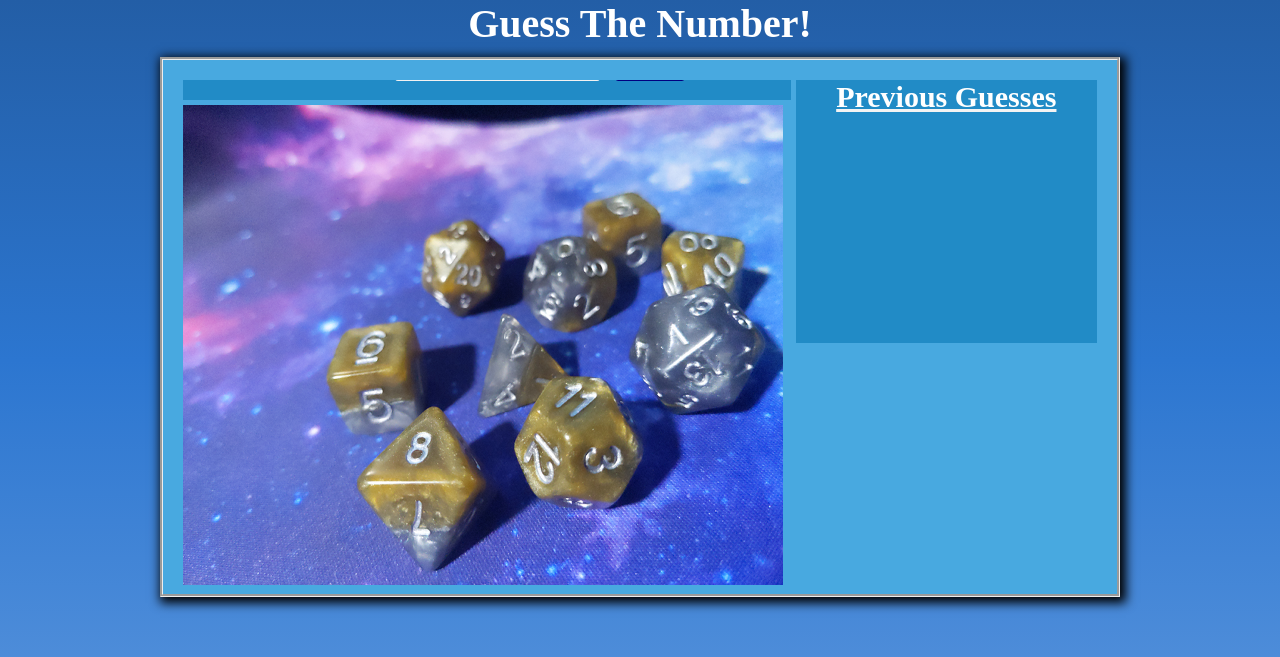
Repository: mlmEFSC21/P15-Modified-Guessing-Game
Page: guess.html
An editor plug-in stored every save of this project. The page is shown before and after the next save, followed by the edit.
The browser window is 1280 px wide. The pictures show the whole page.

Above is the page before, as saved 2022-03-23 18:30:19.

### guess.html
<!DOCTYPE html>
<html lang="en">
    <head>
        <meta charset="UTF-8" />
        <meta http-equiv="X-UA-Compatible" content="IE=edge" />
        <meta name="viewport" content="width=device-width, initial-scale=1.0" />
        <link rel="stylesheet" href="guess.css" />
        <script src="guess.js" defer></script>
        <title>Guessing Game</title>
    </head>
    <body>
        <header>
            <h1 class="pageTitle">Guess The Number!</h1>
        </header>
        <section>
            <div class="gameContainer" id="container">
                <div class="results" id="results">
                    <form action="" class="inputForm">
                        <label for="guessInput">Pick a number 1 - 1000</label>
                        <input
                            type="text"
                            required
                            name="guessInput"
                            class="guessInput"
                            id="guessInput"
                        />
                        <input type="button" class="submitBtn" id="submitBtn" value="Submit" />
                        <label for="resetBtn">Click to completely reset and play again!</label>
                        <button type="reset" class="resetBtn" id="resetBtn" name="Reset">
                            Reset
                        </button>
                    </form>
                </div>
                <img
                    src="images\goldSilverDice.png"
                    alt="Gold and silver colored dice. From 4 sides up to 20 sides"
                />
                <div class="guessesContainer" id="guessesContainer">
                    <h2>Previous Guesses</h2>
                    <ul class="guesses" id="guessList"></ul>
                </div>
            </div>
        </section>
    </body>
</html>

### guess.css
:root {
    --clr-primary: #218bc6;
    --clr-secondary: #48a9e0;
    --clr-tertiary: #235ea6;
}

*,
*::after,
*::before {
    box-sizing: border-box;
    margin: 0;
    padding: 0;
}
body {
    background-image: linear-gradient(var(--clr-tertiary), #2c76d0, #5491db);
    height: 100vh;
    background-position: center;
    background-repeat: no-repeat;
    background-size: cover;
    color: white;
    font-size: 20px;
}
.pageTitle {
    text-align: center;
}
.gameContainer {
    background-color: var(--clr-secondary);
    display: grid;
    max-width: 960px;
    height: 75vh;
    margin: 10px auto;
    padding: 20px;
    grid-template-columns: repeat(3, 1fr);
    grid-template-rows: repeat(4, 1fr);
    gap: 5px;
    align-items: center;
    justify-content: center;
    border: groove;
    box-shadow: 3px 3px 10px 3px black;
}
.results {
    background-color: var(--clr-primary);
    display: flex;
    flex-direction: column-reverse;
    margin: 10px auto;
    padding: 0 25px;
    grid-column: 1 / 3;
    grid-row: 1 / 3;
    height: 100%;
    justify-content: center;
    align-items: center;
    text-align: center;
    overflow: hidden;
}
input,
button {
    margin: 10px 0;
}
.inputForm {
    display: flex;
    flex-wrap: wrap;
}
label {
    margin-right: 15px;
    margin: 10px 0;
}
input {
    border: none;
    -webkit-appearance: none;
    -ms-appearance: none;
    -moz-appearance: none;
    appearance: none;
    background: #f2f2f2;
    padding: 12px;
    border-radius: 3px;
    outline: none;
    font-size: 14px;
}
img {
    width: 600px;
    height: 480px;
    grid-column: 1 / 3;
    grid-row: 3 / 5;
}
button {
    border: solid 1px white;
    margin-bottom: 10px;
    padding: 12px;
    border-radius: 3px;
    width: 125px;
    height: 40px;
    outline: none;
    font-size: 14px;
}
h2 {
    text-decoration: underline;
    text-decoration-color: #f3f3f3;
}
.submitBtn {
    background: var(--clr-secondary);
    border: solid 0.5px navy;
    margin-left: 15px;
}
.submitBtn:hover {
    background: #44b3db;
}
.resetBtn {
    background: darkred;
    color: white;
}
.resetBtn:hover {
    background: red;
}
.guessesContainer {
    background-color: var(--clr-primary);
    display: flex;
    flex-direction: column;
    flex-grow: 2;
    height: 100%;
    grid-row: 1 / 4;
    align-items: center;
    overflow: hidden;
}
/* the h3 that is appended by the js. It was hugging the container too much. */
h3 {
    margin: 10px;
    text-align: center;
}
.hint {
    font-style: italic;
    text-decoration: underline;
}

### guess.js
let randomNumber = Math.floor(Math.random() * 1000 + 1);
let guesses = [];

const guessInput = document.getElementById("guessInput");
const resultsDiv = document.getElementById("results");
const submitButton = document.getElementById("submitBtn");
const resetButton = document.getElementById("resetBtn");
const p = document.createElement("p");
const ul = document.getElementById("guessList");
const li = document.createElement("li");
const guessesContainer = document.getElementById("guessesContainer");
const winningMessage = document.createElement("h3");
const hint = document.createElement("h3");

//checks to see if the guess is higher, lower, or equal to
function checkGuess() {
    const currentGuess = Number(guessInput.value);
    if (currentGuess == randomNumber) {
        guesses.push(currentGuess);
        p.innerText = "Congratulations! You guessed the number!";
        resultsDiv.append(p);
        countGuesses();
    }
    if (currentGuess < randomNumber) {
        guesses.push(currentGuess);
        p.innerText = "Too low. Try again!";
        resultsDiv.append(p);
        trackGuesses();
    }
    if (currentGuess > randomNumber) {
        guesses.push(currentGuess);
        p.innerText = "Too high. Try again!";
        resultsDiv.append(p);
        trackGuesses();
    }
}
//tracks previous guess in a <ul>. Removes <li> and populates from guesses[] each time.
function trackGuesses() {
    while (ul.hasChildNodes()) {
        ul.removeChild(ul.firstChild);
    }
    for (i = 0; i <= guesses.length - 1; i++) {
        let li = document.createElement("li");
        li.innerText = guesses[i];
        ul.appendChild(li);
    }
}

//counts how many guesses. Uses array length.
function countGuesses() {
    let numOfGuesses = guesses.length;
    if (numOfGuesses < 10) {
        winningMessage.innerText = `${numOfGuesses} guesses?! Either you know the secret or you got lucky!`;
        guessesContainer.append(winningMessage);
    } else if (numOfGuesses == 10) {
        winningMessage.innerText = `${numOfGuesses} guesses. Ahah! You know the secret!`;
        guessesContainer.append(winningMessage);
    } else if (numOfGuesses > 10) {
        winningMessage.innerText = `Yikes! ${numOfGuesses} guesses... You should be able to do better!`;
        hint.innerHTML = '*Hint* Knowing the trick is <span class="hint">half</span> the battle.';
        guessesContainer.append(winningMessage);
        guessesContainer.append(hint);
    }
}
// creates a new random number for replay
function newRNG() {
    randomNumber = Math.floor(Math.random() * 10 + 1);
}
//resets the game completely.
function resetGame() {
    p.innerText = "";
    resultsDiv.append(p);
    while (ul.hasChildNodes()) {
        ul.removeChild(ul.firstChild);
    }
    winningMessage.remove();
    guesses = [];
    newRNG();
    //logging random number for debugging.
    console.log(randomNumber);
}

submitButton.addEventListener("click", checkGuess);
resetButton.addEventListener("click", resetGame);
//logging random number for debugging.
console.log(randomNumber);

After the next save:
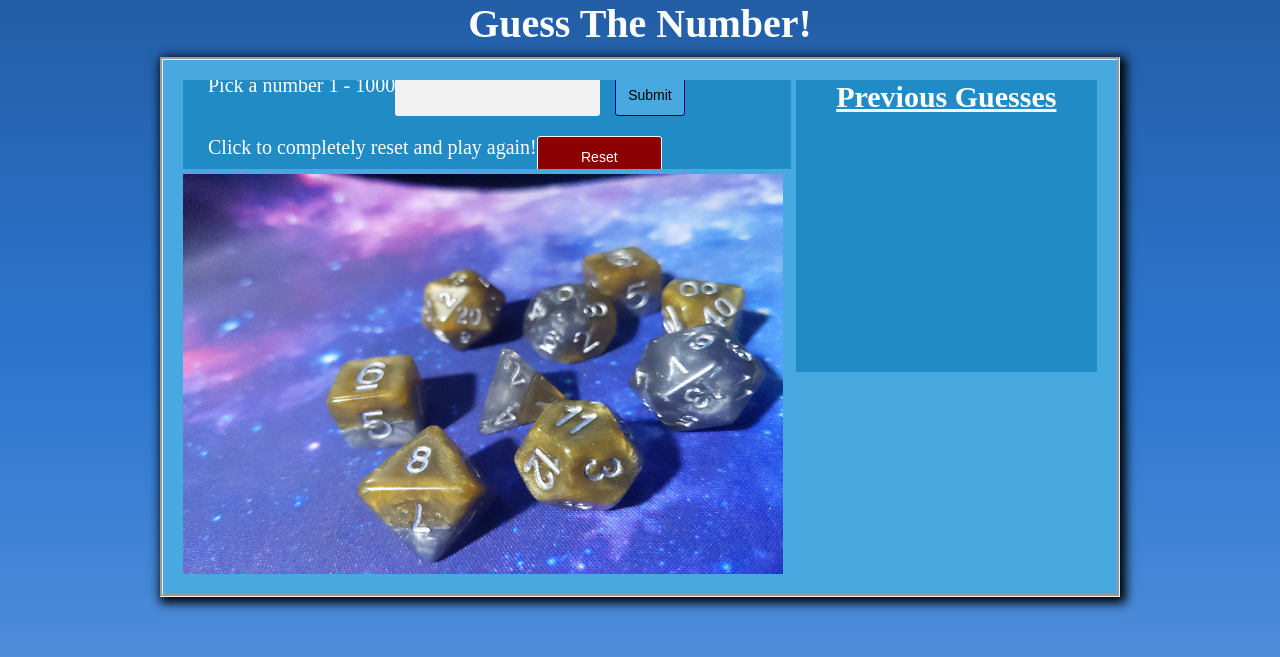
Saved 12 s later.
--- a/guess.css
+++ b/guess.css
@@ -78,7 +78,7 @@ input {
 }
 img {
     width: 600px;
-    height: 480px;
+    height: 400px;
     grid-column: 1 / 3;
     grid-row: 3 / 5;
 }
